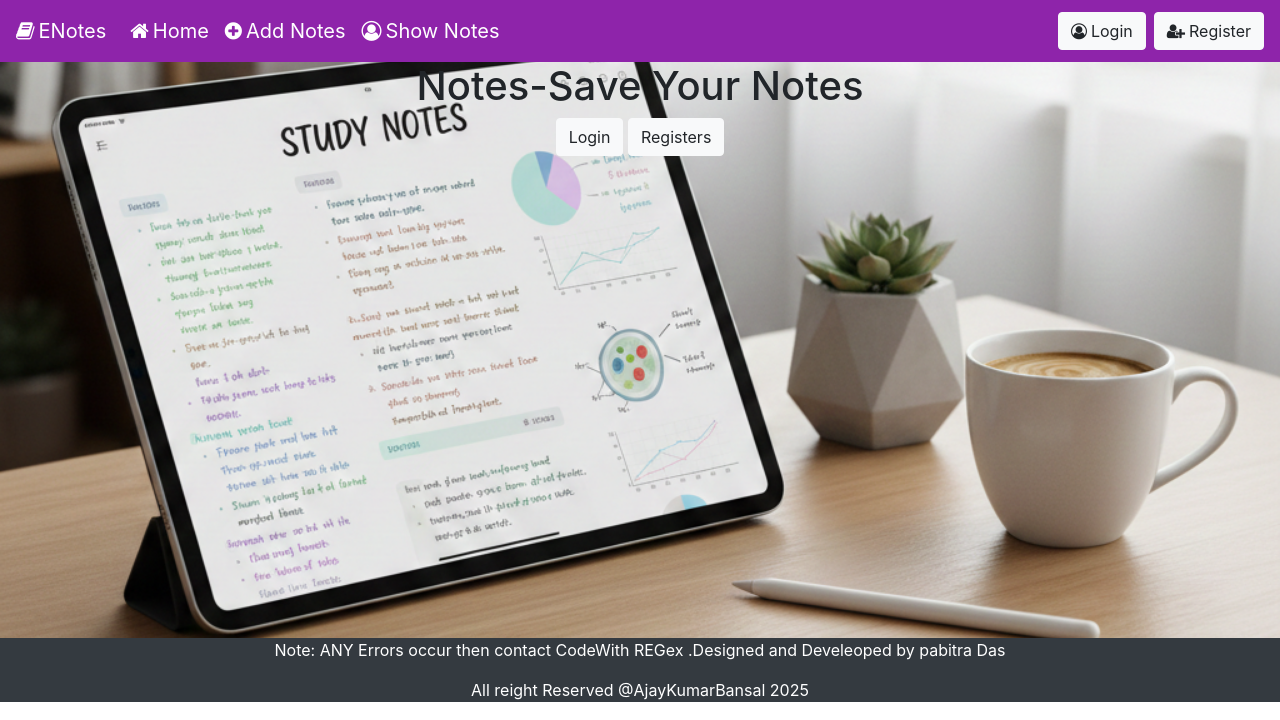
Repository: Bansal140899/eclipse-workspace
Page: http://localhost/ENotesProject/
The author's editor kept a copy of each file at every save. The page is drawn from the files as they stood at one save, then again after the next save.
The browser window is 1280 px wide. The pictures show the whole page.
The page is served by Tomcat 9.

Above is the page before, as saved 2025-12-21 21:30:57.

After the next save:
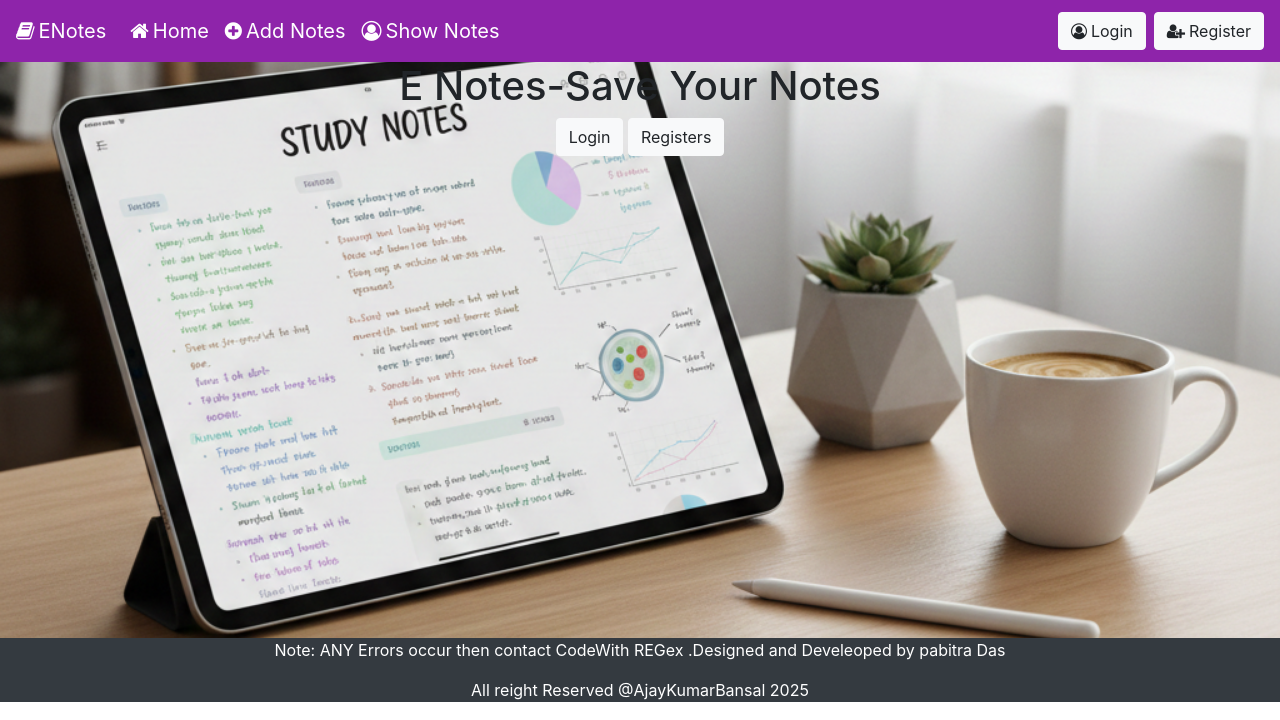
Saved 14 s later.
--- a/ENotesProject/src/main/webapp/index.jsp
+++ b/ENotesProject/src/main/webapp/index.jsp
@@ -21,7 +21,7 @@ background-repeat: no-repeat;   /* repeat band */
 	<%@include file="All_Component/navbar.jsp"%>
 	<div class="container-fluid back-img">
 	<div class=  "text-center">
-	<h1 > Notes-Save Your Notes</h1>
+	<h1>E Notes-Save Your Notes</h1>
     <a href="login.jsp" class="btn btn-light">Login</a>
 	<a href="register.jsp" class="btn btn-light">Registers</a>
 	</div>
